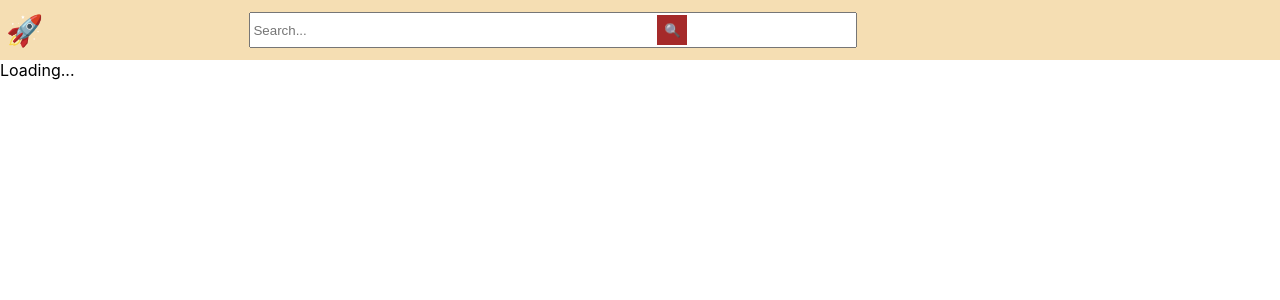
Repository: YEOMJINSEOP/React
Page: / (app in reactube/)
These files come from the project's save history. The page is drawn as it stood at one moment and after the next save; the edit follows.
The browser window is 1280 px wide. The pictures show the whole page.
The page's requests for data from a server got no answer. The project was rebuilt for these pictures with package versions that can differ from the ones it lists, and the page was loaded fresh each time. No one was signed in, and anything a server would have sent is missing. Also part of the build but not shown: reactube/src/app.css, reactube/src/components/videoList/VideoList.module.css, reactube/src/components/videoList/VideoList.jsx.

Above is the page before, as saved 2023-01-17 11:34:04.

After the next save:
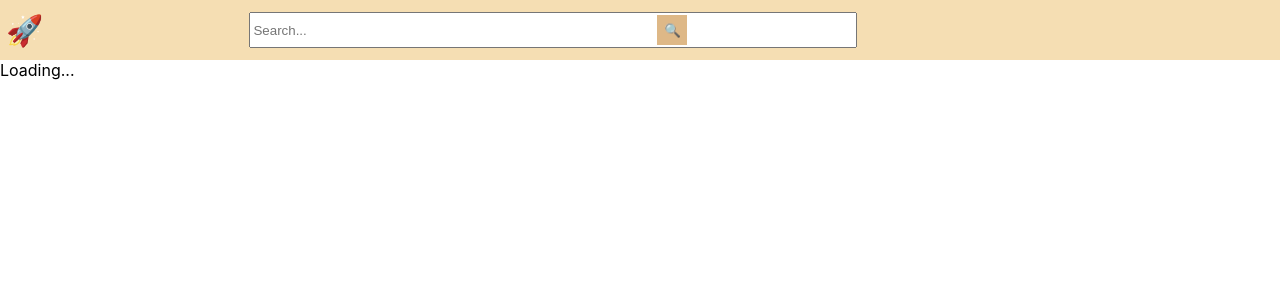
Saved 35 s later.
--- a/reactube/src/components/header/Header.module.css
+++ b/reactube/src/components/header/Header.module.css
@@ -25,5 +25,5 @@ button {
   position: relative;
   width: 30px;
   height: 30px;
-  background-color: brown;
+  background-color: burlywood;
 }
